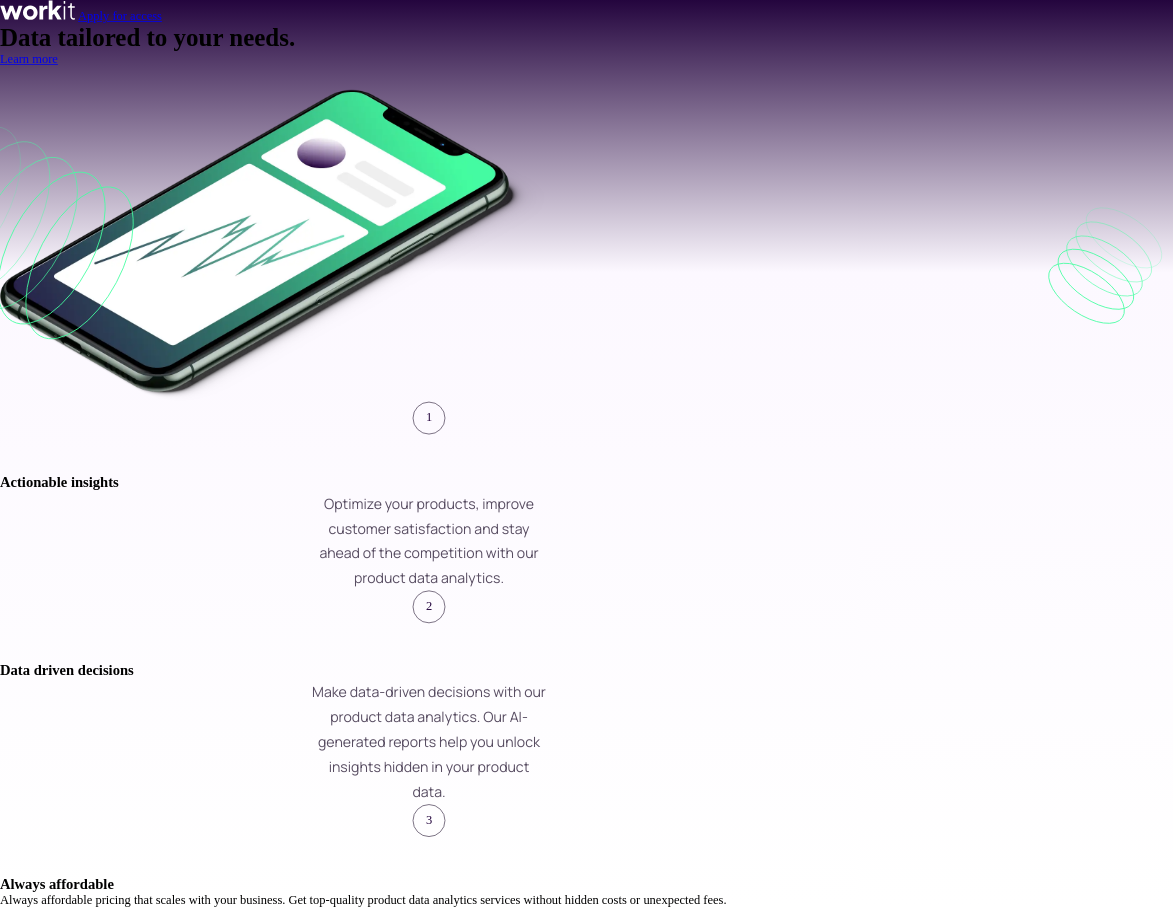
Repository: Arkitecth/landing_page
Page: starter-code/index.html
The author's editor kept a copy of each file at every save. The page is drawn from the files as they stood at one save, then again after the next save.
The browser window is 1280 px wide. The page is 1504 px wide, so the pictures cover 1504 px, including what lies to the right of the window. The pictures show the whole page, at 78% of full size.

Above is the page before, as saved 2023-05-23 19:36:26.

After the next save:
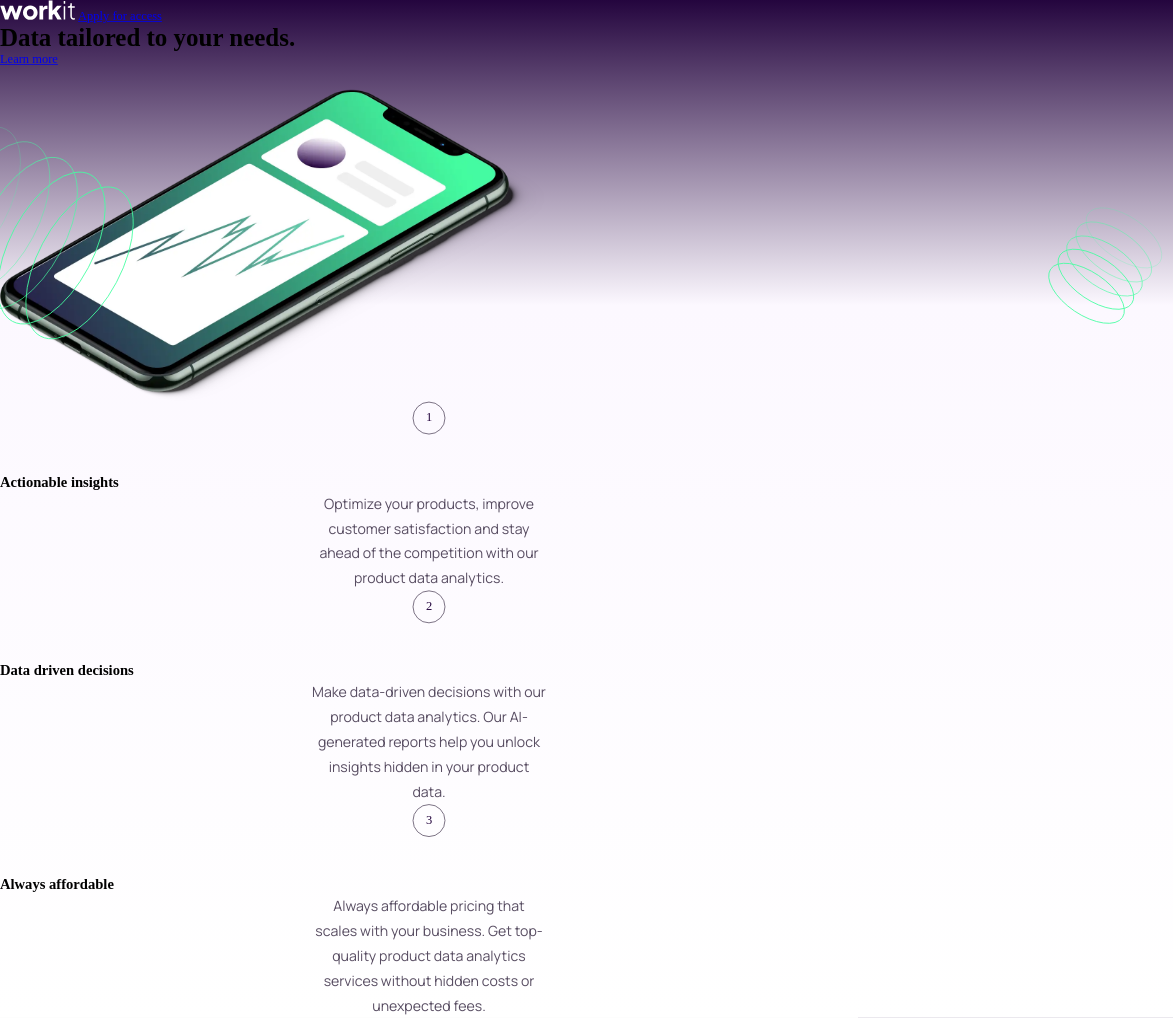
Saved 3 min 25 s later.
--- a/starter-code/index.html
+++ b/starter-code/index.html
@@ -24,7 +24,7 @@
       </div>
     </div>
   </header>
-
+  <div class=""></div>
   <section id="feature">
     <div class="container grid">
       <div class="feature-content">
@@ -42,7 +42,7 @@
       <div class="feature-content">
         <p class="feature-num">3</p>
         <h3>Always affordable</h3>
-        <p>Always affordable pricing that scales with your business. Get top-quality product data analytics services without hidden costs or unexpected fees.</p>
+        <p class="feature-paragraph">Always affordable pricing that scales with your business. Get top-quality product data analytics services without hidden costs or unexpected fees.</p>
       </div>
     </div>
   </section>
